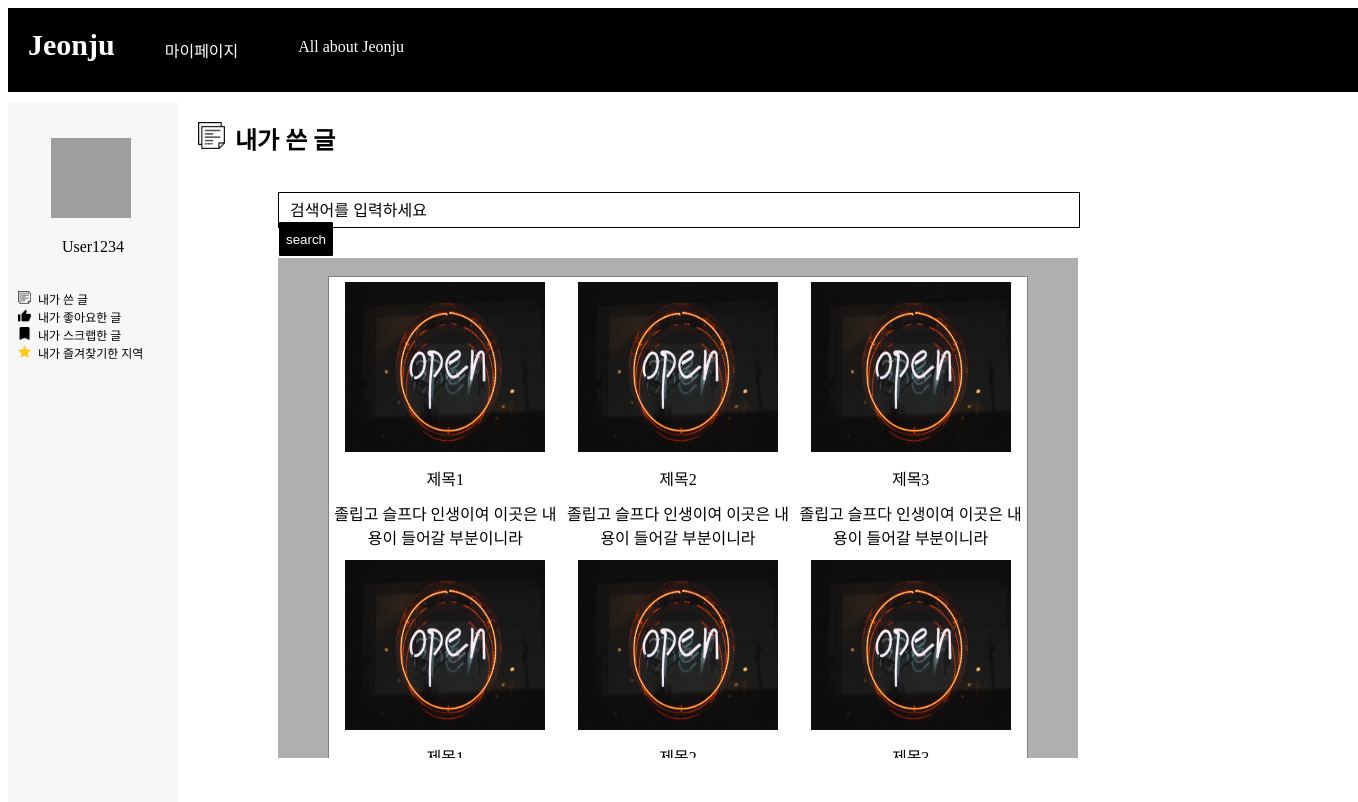
Repository: wka99/WEB-PROJECT
Page: Jeonju/WebContent/UserPage.html
These files come from the project's save history. The page is drawn as it stood at one moment and after the next save; the edit follows.
The browser window is 1280 px wide. The page is 1358 px wide, so the pictures cover 1358 px, including what lies to the right of the window. The pictures show the whole page.
Pictures or frames that could not be fetched are drawn as grey boxes. An inner scrolling area shows only its first screen. Some web libraries are served in a nearby version.

Above is the page before, as saved 2018-11-29 07:57:14.

After the next save:
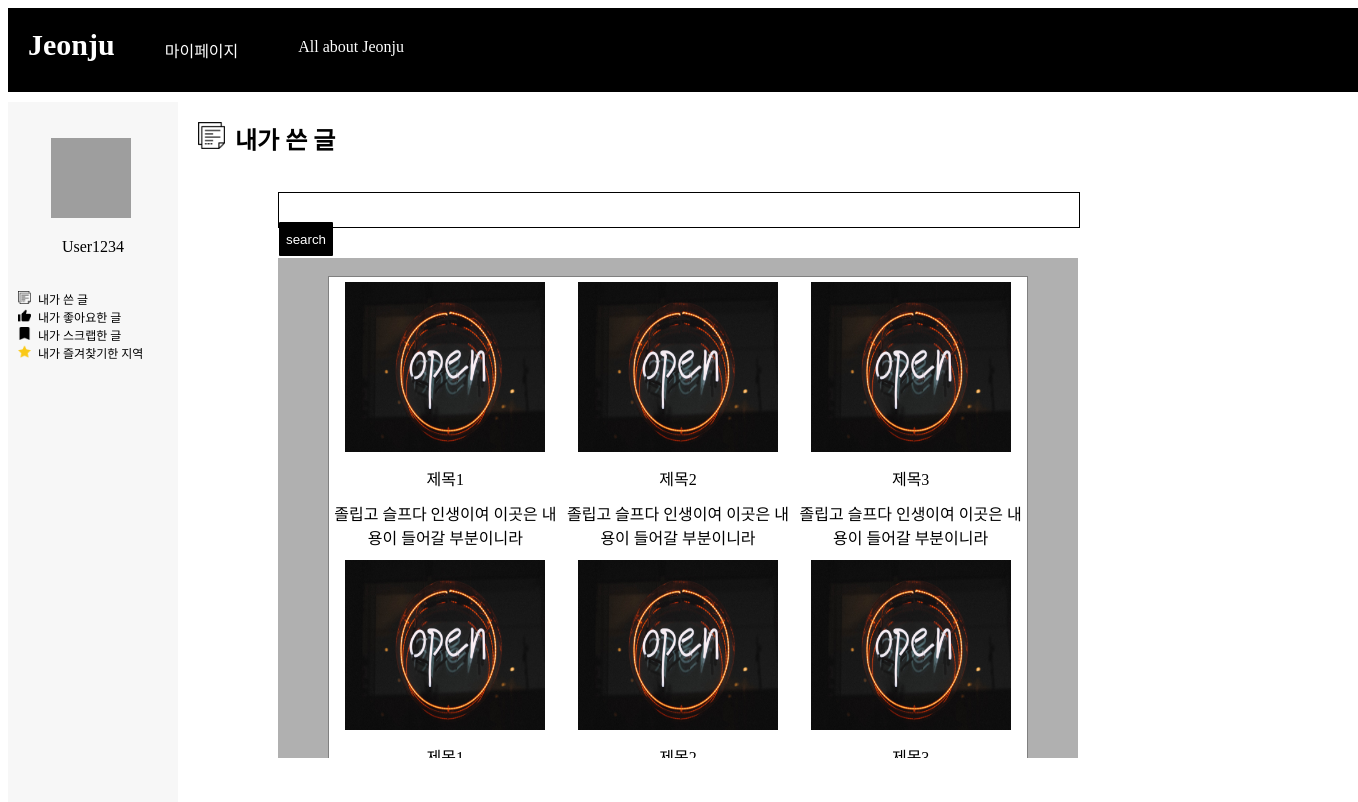
Console error: SyntaxError: Unexpected token '.'
Saved 72 s later.
--- a/Jeonju/WebContent/UserPage.html
+++ b/Jeonju/WebContent/UserPage.html
@@ -6,9 +6,8 @@
 <script>
 $(document).ready(function(){
     $("#searchbutton").click(function(event){
-    	var name=$(event.target).attr("name");
-    	alert(name);
-    	window.location.href=encodeURI("upload_Page.jsp?name="+name);
+    	var keyword=$(.searchtext).attr("value");
+    	alert(keyword);
     });
 })
 </script>
@@ -52,7 +51,7 @@ $(document).ready(function(){
     	<br><br>
 
     	<div class="searchwindow">
-    		<input type="text" class="searchtext" value="검색어를 입력하세요"/>
+    		<input type="text" class="searchtext" value=""/>
     		<button id="searchbutton" type="button" class="search">search</button>
     	</div>
 
